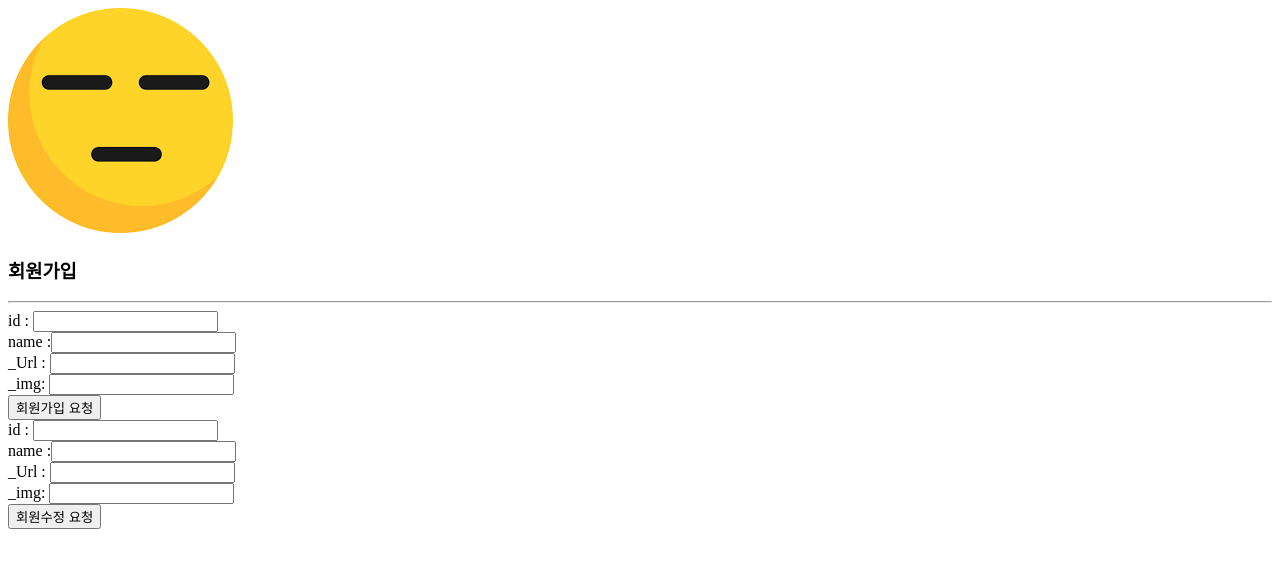
Repository: Yusubin/springEx
Page: http://localhost/spring5/member.jsp
An editor plug-in stored every save of this project. The page is shown before and after the next save, followed by the edit.
The browser window is 1280 px wide. The pictures show the whole page.
The page is served by Tomcat 9. Nobody is signed in. The application's start-up code is not run. Other server files are loaded and not shown.

Above is the page before, as saved 2022-02-21 04:07:35.

### spring5/src/main/webapp/member.jsp
<%@ page language="java" contentType="text/html; charset=UTF-8"
    pageEncoding="UTF-8"%>
<!DOCTYPE html>
<html>
<head>
<meta charset="UTF-8">
<title>Insert title here</title>
</head>
<body>
<img src="resources/img/sad.png">
<h3>회원가입</h3>
<hr>
<form action="insert">
		id : <input type="text" name="id"><br>
		name :<input type="text"name="name"><br>
		_Url : <input type="text"name="url"><br>
		_img: <input type="text" name="img"><br>
		<button >회원가입 요청</button>
</form>
<form action="insert">
		id : <input type="text" name="id"><br>
		name :<input type="text"name="name"><br>
		_Url : <input type="text"name="url"><br>
		_img: <input type="text" name="img"><br>
		<button >회원수정 요청</button>
</form>
</body>
</html>

After the next save:
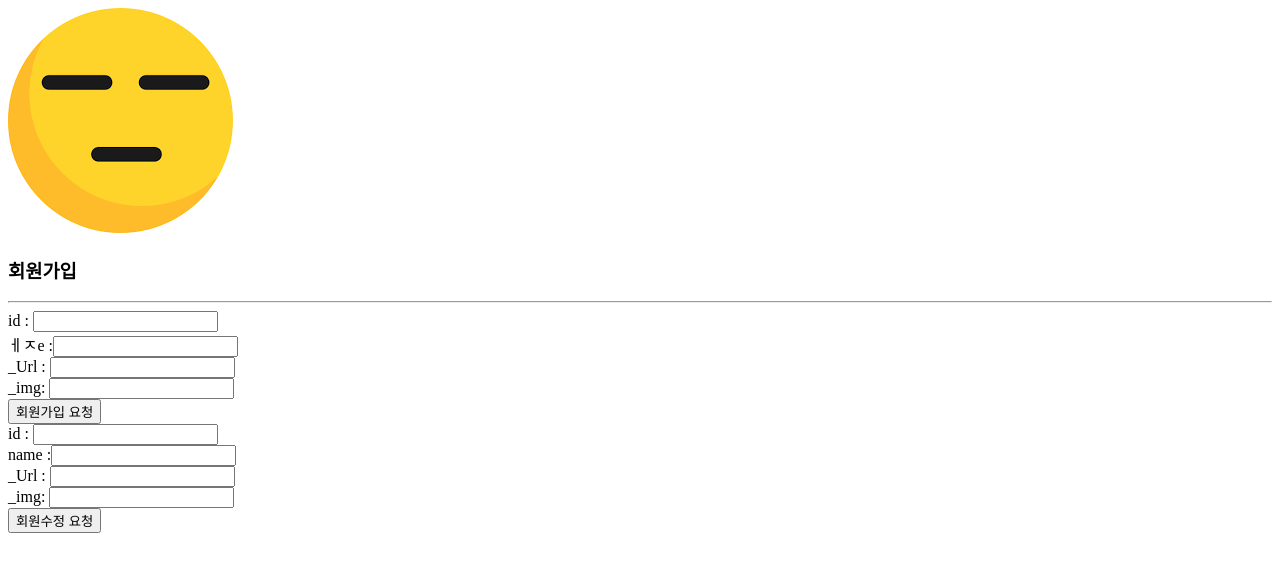
Saved 3 s later.
--- a/spring5/src/main/webapp/member.jsp
+++ b/spring5/src/main/webapp/member.jsp
@@ -12,7 +12,7 @@
 <hr>
 <form action="insert">
 		id : <input type="text" name="id"><br>
-		name :<input type="text"name="name"><br>
+		ㅔㅈe :<input type="text"name="name"><br>
 		_Url : <input type="text"name="url"><br>
 		_img: <input type="text" name="img"><br>
 		<button >회원가입 요청</button>

After the save that followed:
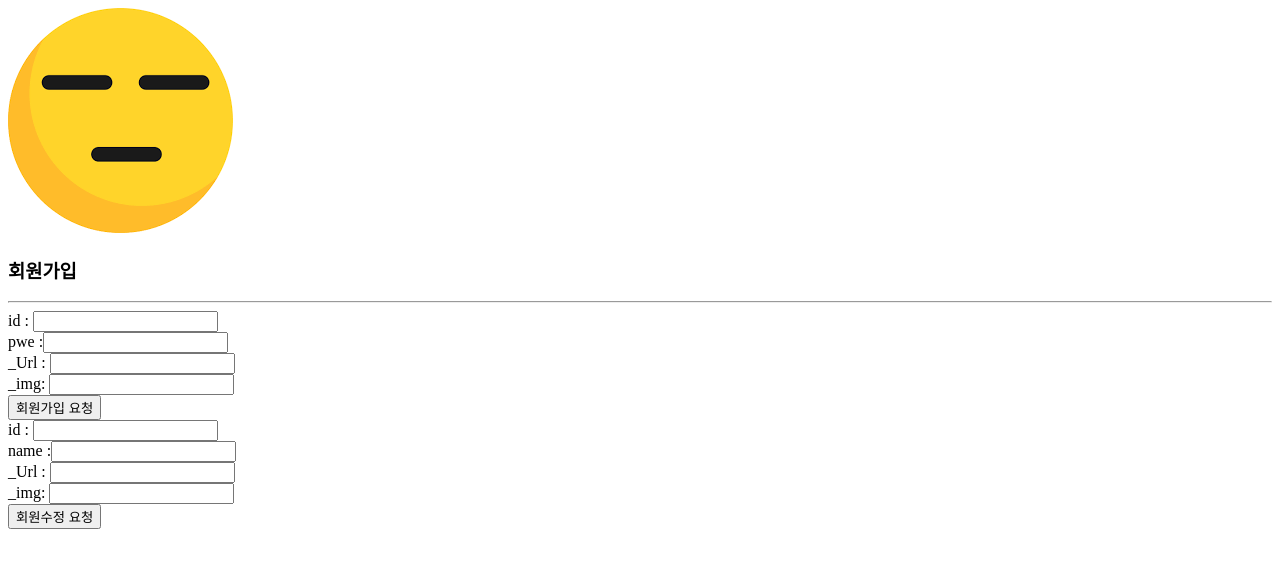
Saved 3 s later.
--- a/spring5/src/main/webapp/member.jsp
+++ b/spring5/src/main/webapp/member.jsp
@@ -12,7 +12,7 @@
 <hr>
 <form action="insert">
 		id : <input type="text" name="id"><br>
-		ㅔㅈe :<input type="text"name="name"><br>
+		pwe :<input type="text"name="name"><br>
 		_Url : <input type="text"name="url"><br>
 		_img: <input type="text" name="img"><br>
 		<button >회원가입 요청</button>
